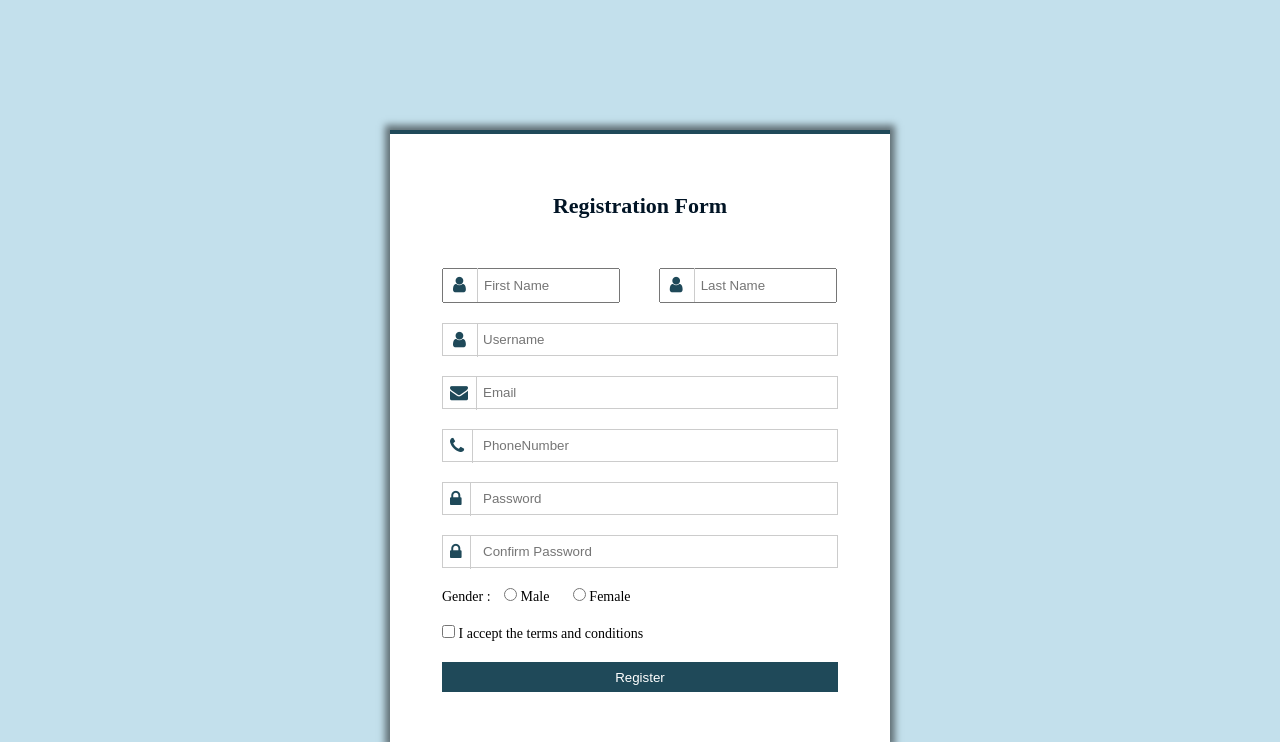
Repository: sampanna17/javabackup
Page: http://localhost/EvoX_CW/pages/register.jsp
These files come from the project's save history. The page is drawn as it stood at one moment and after the next save; the edit follows.
The browser window is 1280 px wide. The pictures show the whole page.
The page is served by Tomcat 9.

Above is the page before, as saved 2024-05-05 11:40:51.

After the next save:
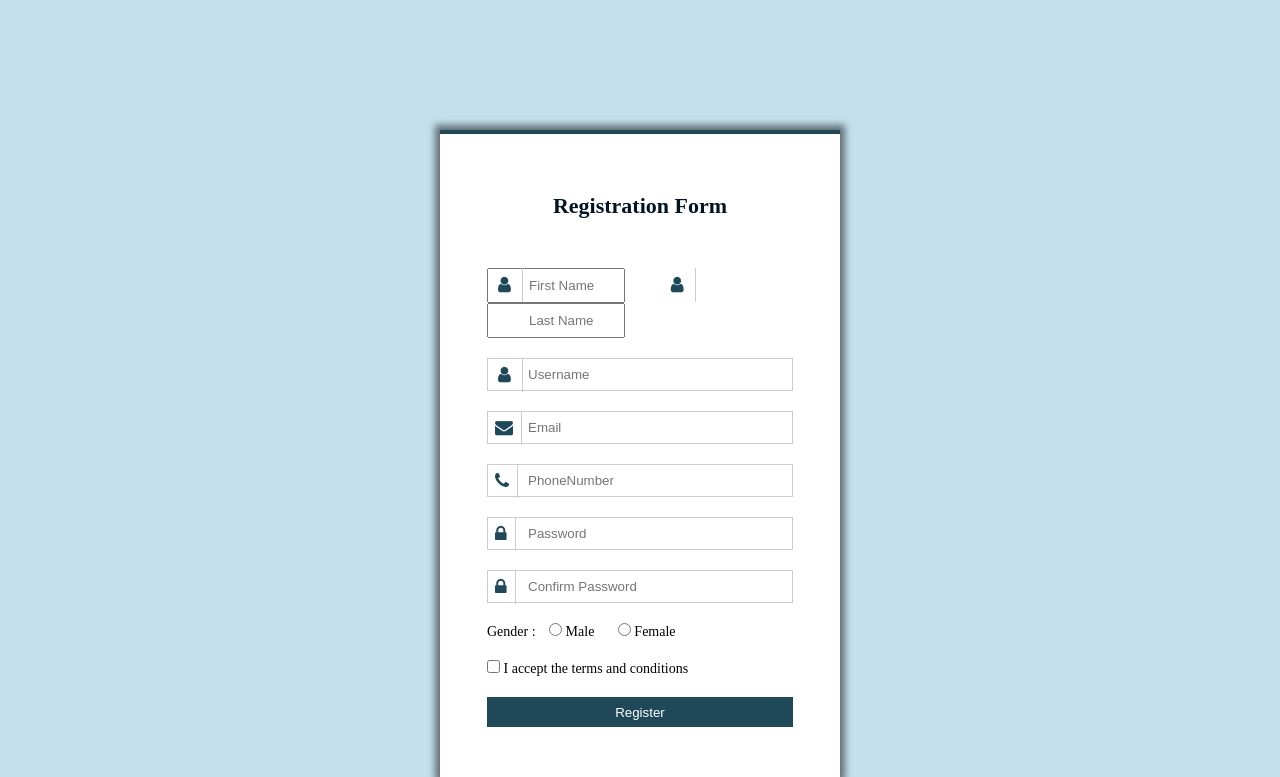
Saved 73 s later.
--- a/EvoX_CW/src/main/webapp/stylesheets/register.css
+++ b/EvoX_CW/src/main/webapp/stylesheets/register.css
@@ -12,7 +12,7 @@
 }
 .container{
     background-color: white;
-    width:500px;
+    width:400px;
     padding: 30px;
     margin:130px auto 0;
     border-top: 4px solid#1F4959;

After the save that followed:
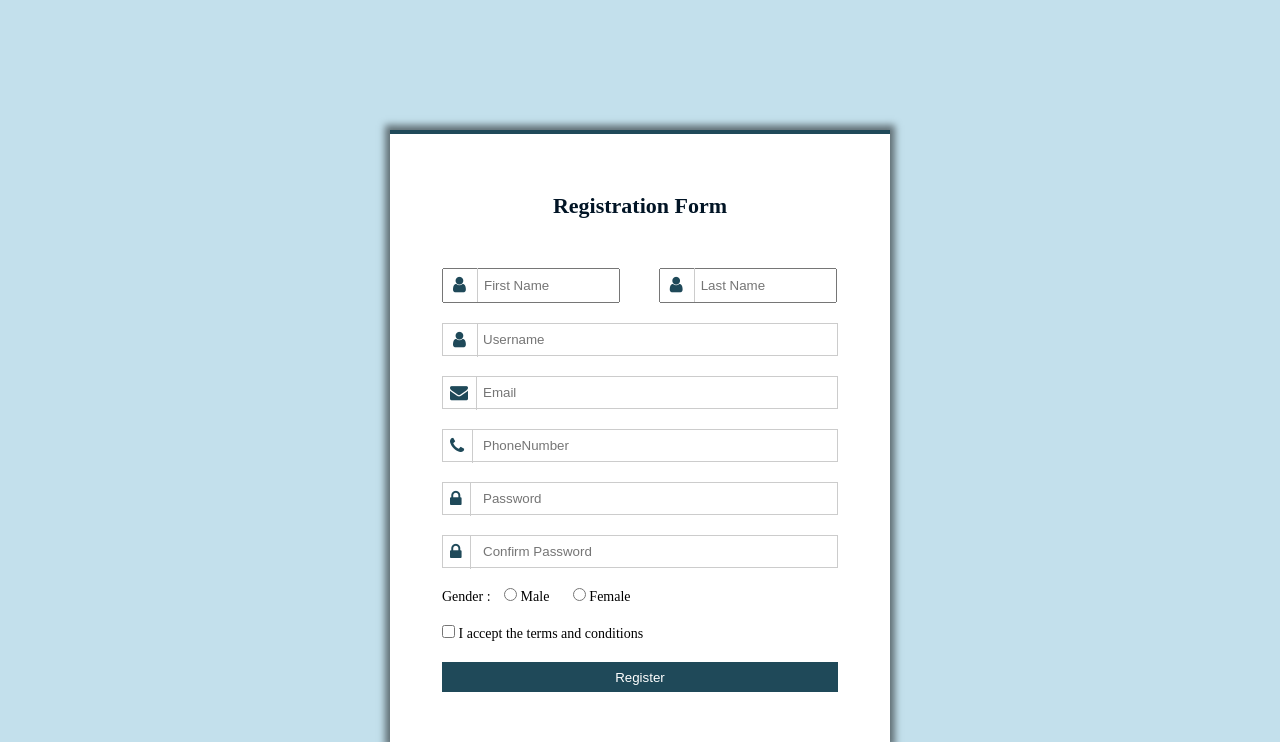
Saved 14 s later.
--- a/EvoX_CW/src/main/webapp/stylesheets/register.css
+++ b/EvoX_CW/src/main/webapp/stylesheets/register.css
@@ -12,7 +12,7 @@
 }
 .container{
     background-color: white;
-    width:400px;
+    width:500px;
     padding: 30px;
     margin:130px auto 0;
     border-top: 4px solid#1F4959;
